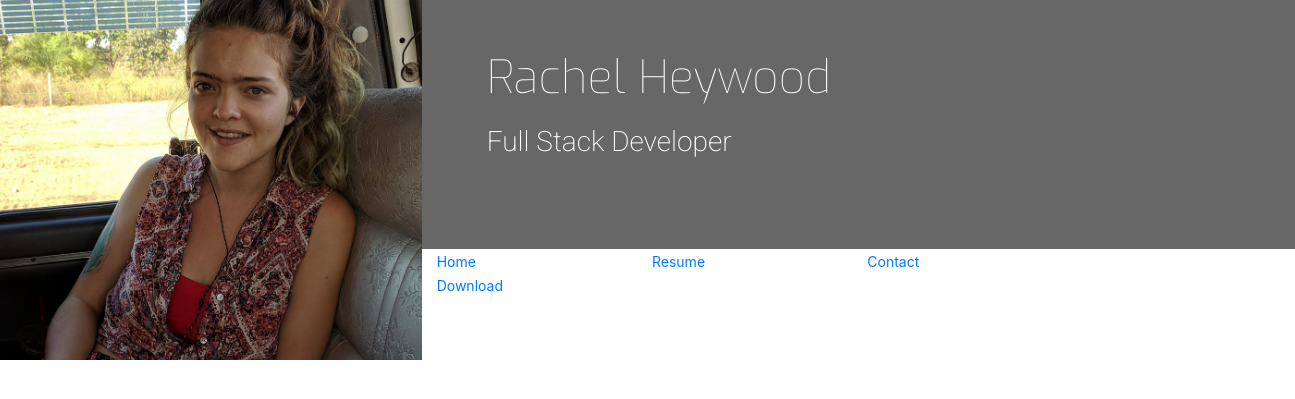
Repository: Heywood93/resume
Page: index.html
The author's editor kept a record of every edit. The page is drawn from the files as they stood at one moment, then again after the next edit.
The browser window is 1280 px wide. The page is 1295 px wide, so the pictures cover 1295 px, including what lies to the right of the window. The pictures show the whole page.

Above is the page before.

### index.html
<!DOCTYPE html>
<html lang="en">
<head>
    <meta charset="UTF-8">
    <meta name="viewport" content="width=device-width, initial-scale=1.0">
    <meta http-equiv="X-UA-Compatible" content="ie=edge">
    <link rel="stylesheet" href="https://stackpath.bootstrapcdn.com/bootstrap/4.3.1/css/bootstrap.min.css" type="text/css" />
    <link rel="stylesheet" href="https://stackpath.bootstrapcdn.com/font-awesome/4.7.0/css/font-awesome.min.css" type="text/css" />
    <link rel="stylesheet" href="assets/css/style.css" type="text/css" />
    <title>Rachel Heywood</title>
</head>
<body>
    <header>
        <div class="row">
            <a href="index.html" class="col-md-4 logo">

            </a>
            <div class="col-md-8">
                <div class="row bg-color-name-title">
                    <div class="col heading">
                        <h1 class="name">Rachel Heywood</h1>
                        <h2 class="title">Full Stack Developer</h2>
                    </div>
                </div>
                <div class="row">
                    <div class="col">
                        <ul id="nav" class="list-inline">
                            <li class="col-6 col-sm-3 list-inline-item">
                                <a href="#"><span>Home</span></a>
                            </li>
                            <li class="col-6 col-sm-3 list-inline-item">
                                <a href="#"><span>Resume</span></a>
                            </li>
                            <li class="col-6 col-sm-3 list-inline-item">
                                <a href="#"><span>Contact</span></a>
                            </li>
                            <li class="col-6 col-sm-3 list-inline-item">
                                <a href="#"><span>Download</span></a>
                            </li>
                        </ul>
                    </div>
                </div>
            </div>
        </div>

    </header>
    <section>

    </section>
    <footer>

    </footer>
</body>
</html>

### assets/css/style.css
@import url('https://fonts.googleapis.com/css?family=Roboto:100,200,300,400,500,600,700|Exo:100,200,300,400,500,600,700');

/*----------Colors */

.bg-color-name-title {
    background-color: #676767;
}

.ui-menu-color-home {
    background-color: #e67e22
}

.ui-menu-color-resume {
    background-color: #9b59b6
}

.ui-menu-color-contact {
    background-color: #3498db
}

.ui-menu-color-download {
    background-color: #525252
}

/*----------Heading */

header {
    margin: 0;
}

.heading {
    margin-left : 50px;
}

.logo {
    background: url(../images/profile-picture.jpg);
    background-position: center;
    background-repeat: no-repeat;
    background-size: cover;
    min-height: 360px;
    transition: all .5s ease-in-out;
    -moz-transition: all .5s ease-in-out;
    -webkit-transition: all .5s ease-in-out;
}

.name {
    font-family: "Exo", sans-serif;
    font-weight: 100;
    font-size: 46px;
    margin-top: 50px;
    color: #fff;
}

.title {
    font-family: "Roboto", sans-serif;
    font-weight: 200;
    font-size: 28px;
    margin-top: 20px;
    margin-bottom: 90px;
    color: #fff;
}

.list-inline-item:not(:last-child) {
    margin: 0;
}

.menucontainer {
    font-size: 0;
}

#nav {
    margin: 0;
}

#nav li {
    font-size: 14px;
    padding: 0;
}

.menuitem {
    height: 120px;
    text-align: center;
    padding: 0;
}

.menuitem a {
    width: 100%;
    text-decoration: none;
    color: #fff;
    height: 120px;
}

.menuitem a i {
    padding-top: 22px;
    display: block;
    color: #fafafa;
    font-size: 26px;
}

.menuitem span {
    display: block;
    width: 100%;
    padding-top: 5px;
    text-align: center;
    text-transform: uppercase;
    font-size: 14px;
    font-weight: 300;
    letter-spacing: 2px;
}

/*----------Hover.css */

.hvr-sweep-to-bottom:before {
    background: rgba(0, 0, 0, 0.2);
    height: 120px;
}

After the next edit:
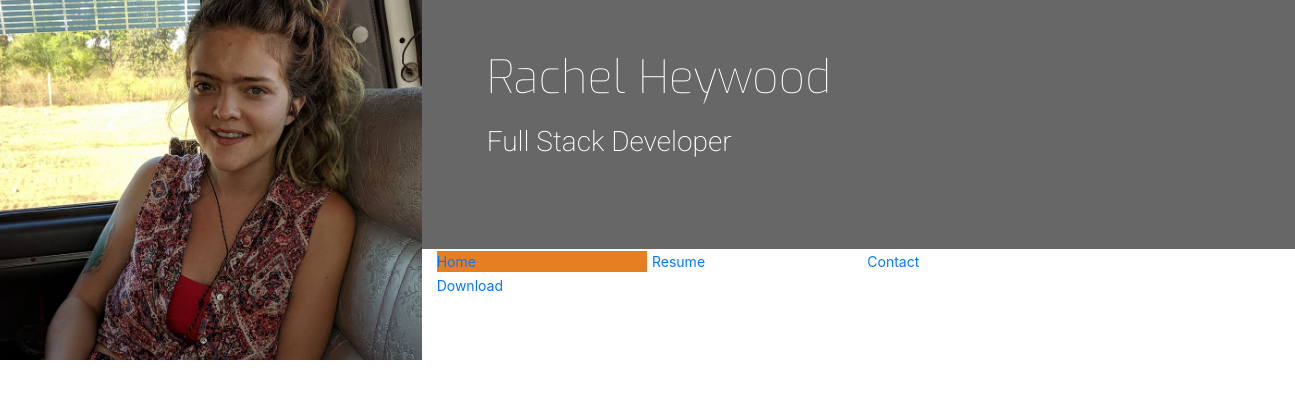
The edit:
--- a/index.html
+++ b/index.html
@@ -25,7 +25,7 @@
                 <div class="row">
                     <div class="col">
                         <ul id="nav" class="list-inline">
-                            <li class="col-6 col-sm-3 list-inline-item">
+                            <li class="col-6 col-sm-3 ui-menu-color-home list-inline-item">
                                 <a href="#"><span>Home</span></a>
                             </li>
                             <li class="col-6 col-sm-3 list-inline-item">
